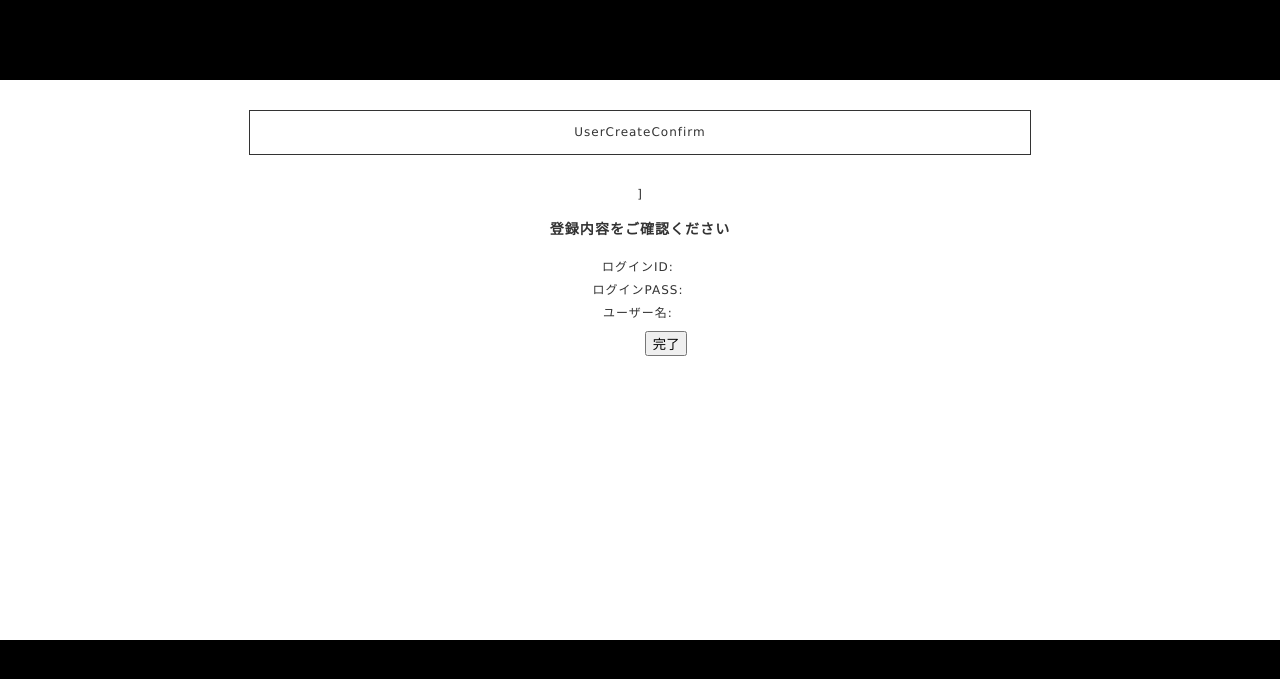
Repository: durant-11037/backup
Page: http://localhost/Practic.Ecsite/UserCreateConfirm.jsp
An editor plug-in stored every save of this project. The page is shown before and after the next save, followed by the edit.
The browser window is 1280 px wide. The pictures show the whole page.
The page is served by Tomcat 9. Other server files are loaded and not shown.

Above is the page before, as saved 2017-12-19 06:27:41.

### Practic.Ecsite/WebContent/UserCreateConfirm.jsp
<%@ page language="java" contentType="text/html; charset=UTF-8"
	pageEncoding="UTF-8"%>
<%@ taglib prefix="s" uri="/struts-tags"%>

<!DOCTYPE html>
<html>
<head>
<meta http-equiv="Content-Type" content="text/html; charset=utf-8" />
<meta http-equiv="Content-Style-Type" content="text/css" />
<meta http-equiv="Content-Scropt-Type" content="text/javascript" />
<meta http-equiv="imagetoolbar" content="no" />
<meta name="description" content="" />
<meta name="keywords" content="" />
<meta charset="utf-8">
<title>UserCreateConfirm画面</title>
<style type="text/css">
body {
	margin: 0;
	padding: 0;
	line-height: 1.6;
	letter-spacing: 1px;
	font-family: Verdana, Helvetica, sans-serif;
	font-size: 12px;
	color: #333;
	background: #fff;
}

table {
	text-align: center;
	margin: 0 auto;
}

#top {
	width: 780px;
	margin: 30px auto;
	border: 1px solid #333;
}

#header {
	width: 100%;
	height: 80px;
	background-color: black;
}

#main {
	width: 100%;
	height: 500px;
	text-align: center;
}

#box {
	border: 1px solid #000000;
}

#footer {
	width: 100%;
	height: 80px;
	background-color: black;
	clear: both;
	position: absolute;
	bottom: 0;
}
</style>
</head>
<body>
	<div id="header">
		<div id="pr"></div>
	</div>
	<div id="main">
		<div id="top">
			<p>UserCreateConfirm</p>
		</div>
		]
		<div>
			<h3>登録内容をご確認ください</h3>
			<table>
				<s:form action="UserCreateConfirmAction">
					<tr id="box">
						<td><label>ログインID:</label></td>
						<td><s:property value="loginUserId" escape="false" /></td>
					</tr>
					<tr id="box">
						<td><label>ログインPASS:</label></td>
						<td><s:property value="loginPassword" escape="false" /></td>
					</tr>
					<tr id="box">
						<td><label>ユーザー名:</label></td>
						<td><s:property value="userName" escape="false" /></td>
					</tr>
					<tr>
						<td><s:submit value="完了" /></td>
					</tr>
				</s:form>
			</table>
		</div>
	</div>
	<div id="footer">
		<div id="pr"></div>
	</div>
</body>
</html>

After the next save:
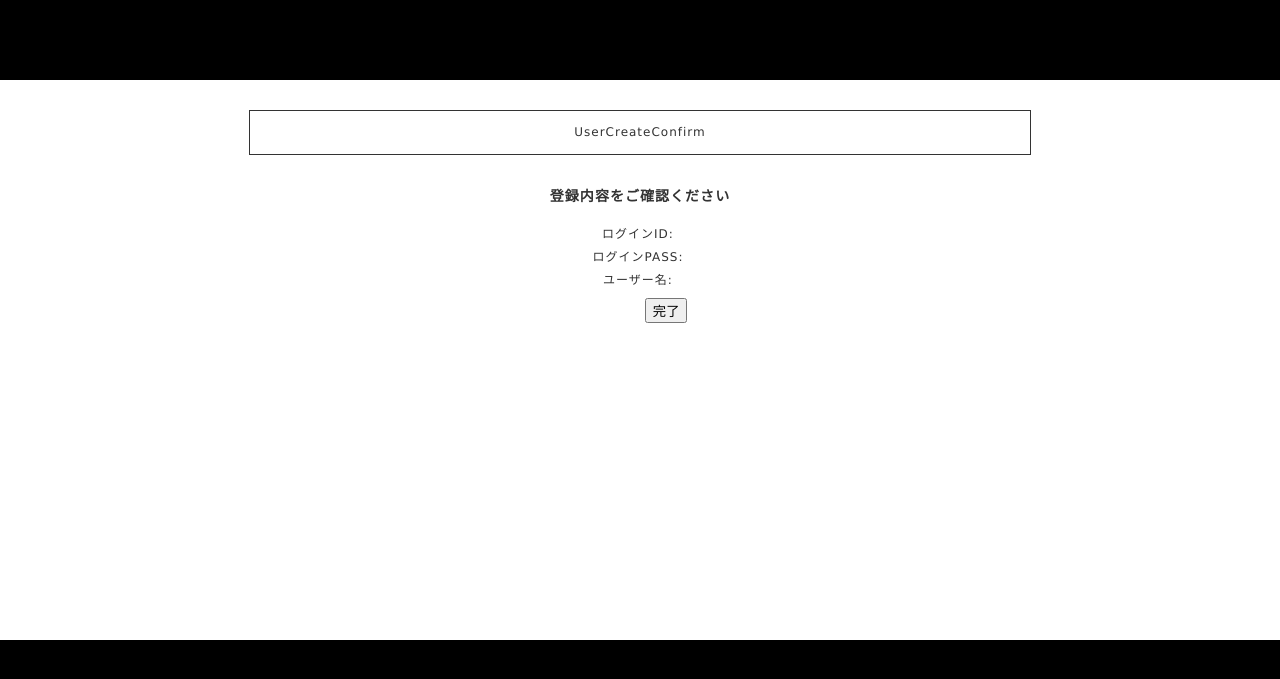
Saved 38 s later.
--- a/Practic.Ecsite/WebContent/UserCreateConfirm.jsp
+++ b/Practic.Ecsite/WebContent/UserCreateConfirm.jsp
@@ -70,7 +70,7 @@ table {
 		<div id="top">
 			<p>UserCreateConfirm</p>
 		</div>
-		]
+
 		<div>
 			<h3>登録内容をご確認ください</h3>
 			<table>
